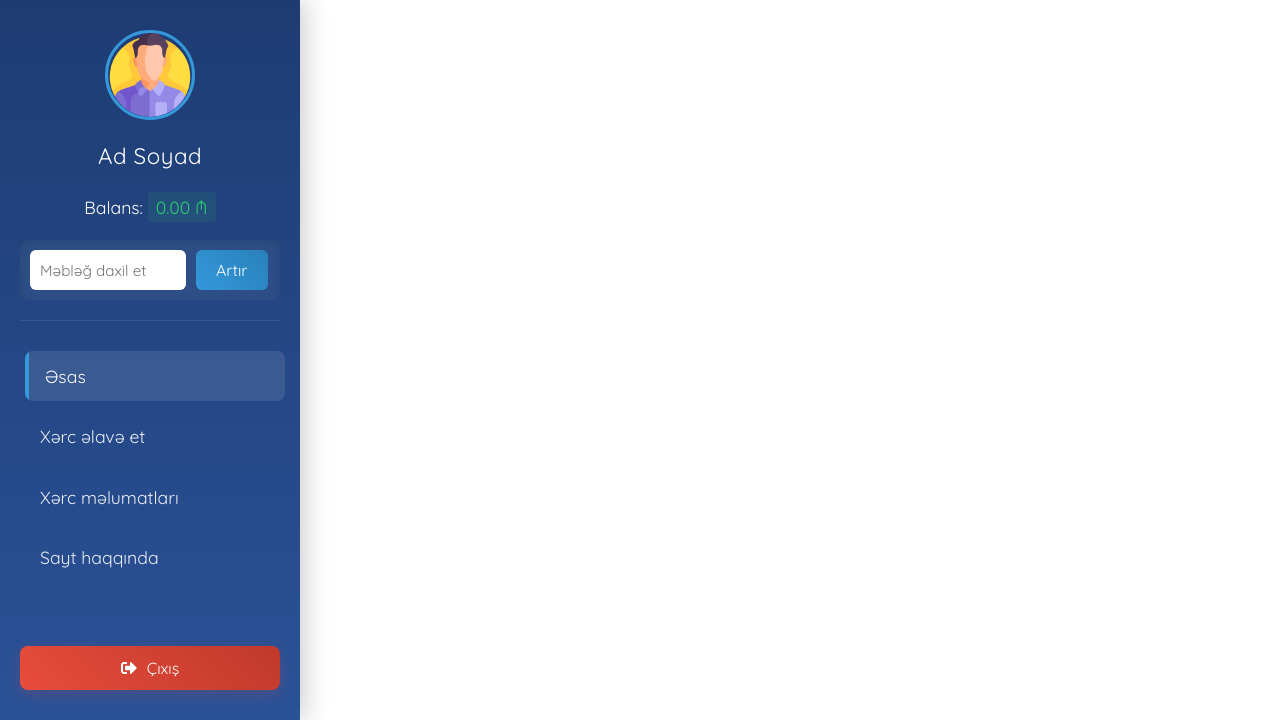
Repository: ferhadsultan98/financialmanagement
Page: /
An editor plug-in stored every save of this project. The page is shown before and after the next save, followed by the edit.
The browser window is 1280 px wide. The pictures show the whole page.
The project was rebuilt for these pictures with package versions that can differ from the ones it lists, and the page was loaded fresh each time. Also part of the build but not shown: vite.config.js, src/Components/Sidebar/ProfileModal.jsx, src/Pages/AddExpense/AddExpense.jsx, src/Pages/ExpenseDetails/ExpenseDetails.jsx, src/Pages/About/About.jsx, src/Styles/Login.scss, src/Components/Login/Login.jsx.

Above is the page before, as saved 2025-03-24 01:24:42.

After the next save:
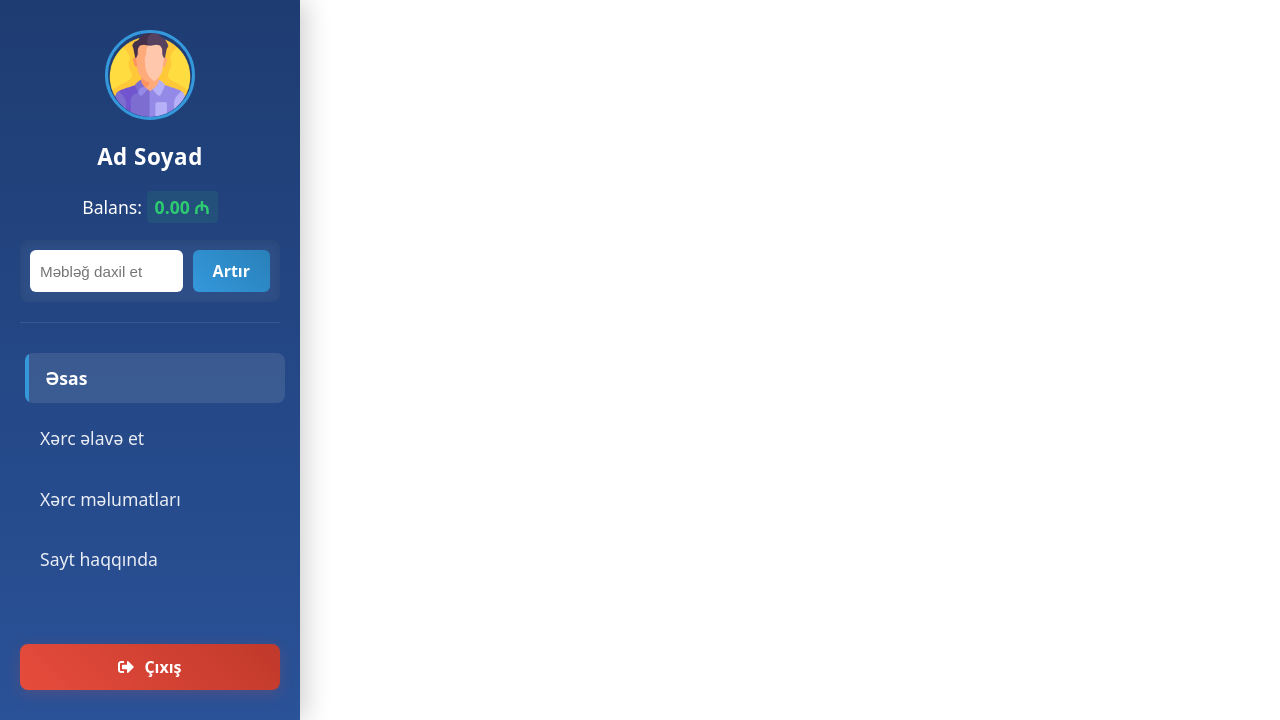
Saved 4 s later.
--- a/src/App.scss
+++ b/src/App.scss
@@ -4,5 +4,4 @@
     margin: 0;
     padding: 0;
     box-sizing: border-box;
-    font-family: $font-family-regular, sans-serif !important;
 }

After the 2 saves that followed:
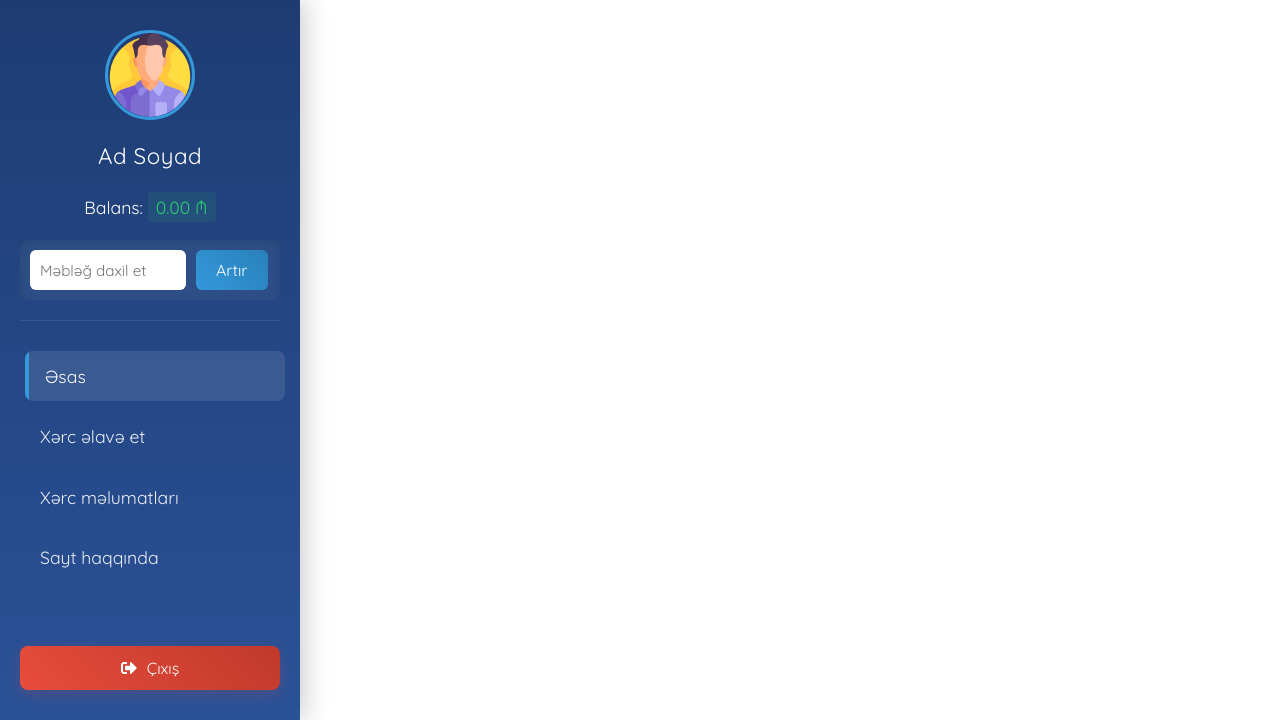
The 2 saves are shown as one change because they came seconds apart.
The last was saved 7 s later.
--- a/src/App.scss
+++ b/src/App.scss
@@ -4,4 +4,5 @@
     margin: 0;
     padding: 0;
     box-sizing: border-box;
+    font-family: $font-family-regular, sans-serif;
 }
